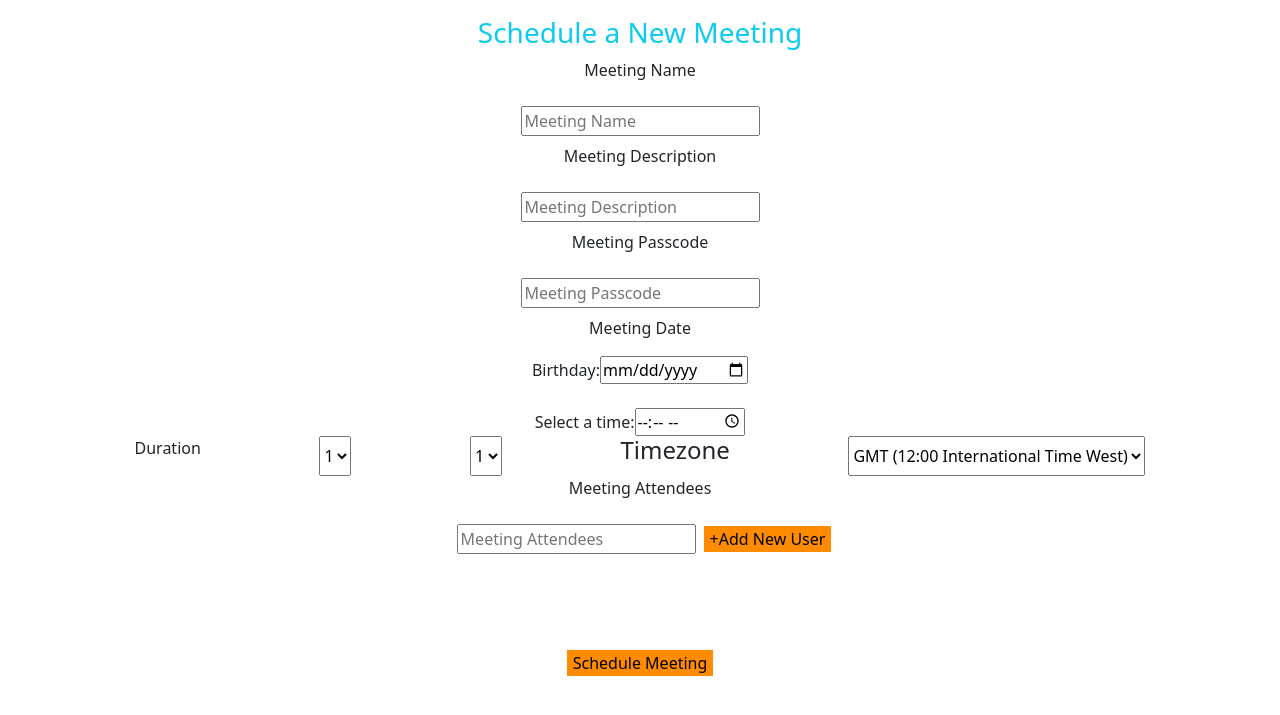
Repository: sreech465/myexam
Page: /smeet
The author's editor kept a copy of each file at every save. The page is drawn from the files as they stood at one save, then again after the next save.
The browser window is 1280 px wide. The pictures show the whole page.
The page's requests for data from a server got no answer. The project was rebuilt for these pictures with package versions that can differ from the ones it lists, and the page was loaded fresh each time. No one was signed in, and anything a server would have sent is missing. Also part of the build but not shown: src/Details.js, src/Jmeet.js, src/Joinmeet.js.

Above is the page before, as saved 2023-01-14 18:21:09.

After the next save:
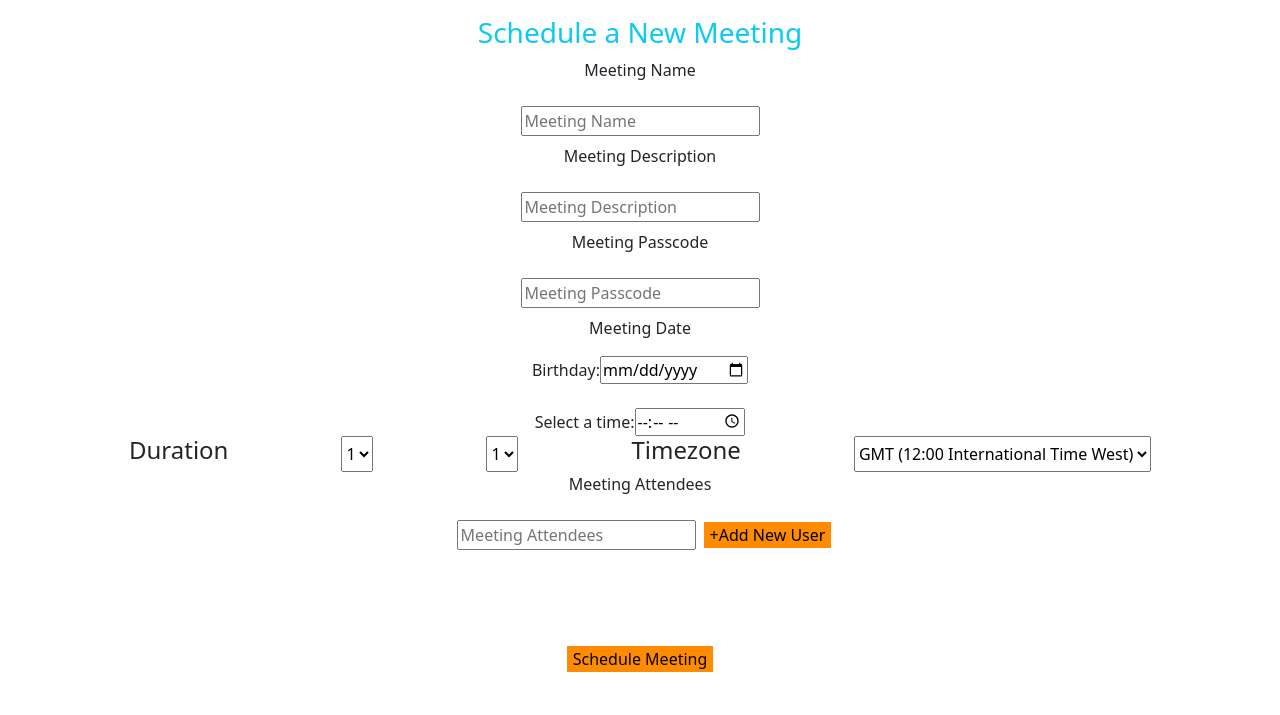
Saved 27 s later.
--- a/src/Smeet.js
+++ b/src/Smeet.js
@@ -119,7 +119,7 @@ const Smeet = () => {
               </a>
             </div>
           </div> */}
-          <p>Duration</p>
+          <h4>Duration</h4>
           <select>
             <option value="fruit">1</option>
 
